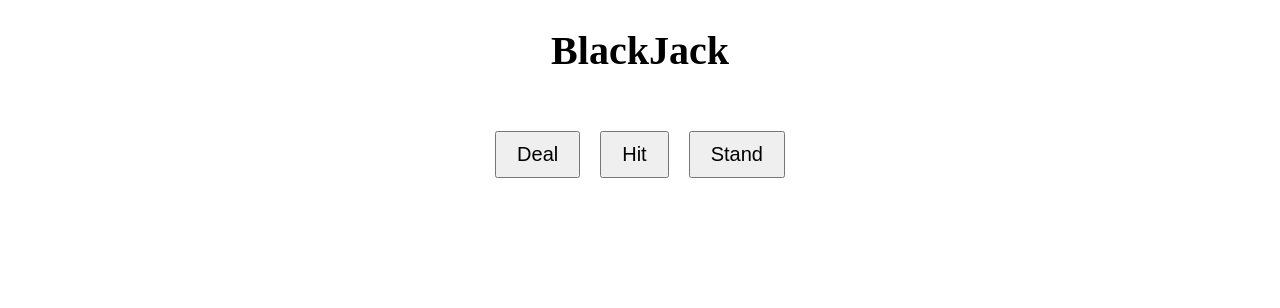
Repository: oldens/blackjack
Page: index.html
An editor plug-in stored every save of this project. The page is shown before and after the next save, followed by the edit.
The browser window is 1280 px wide. The pictures show the whole page.

Above is the page before, as saved 2025-02-01 16:17:16.
Console error: ReferenceError: userScore is not defined

After the next save:
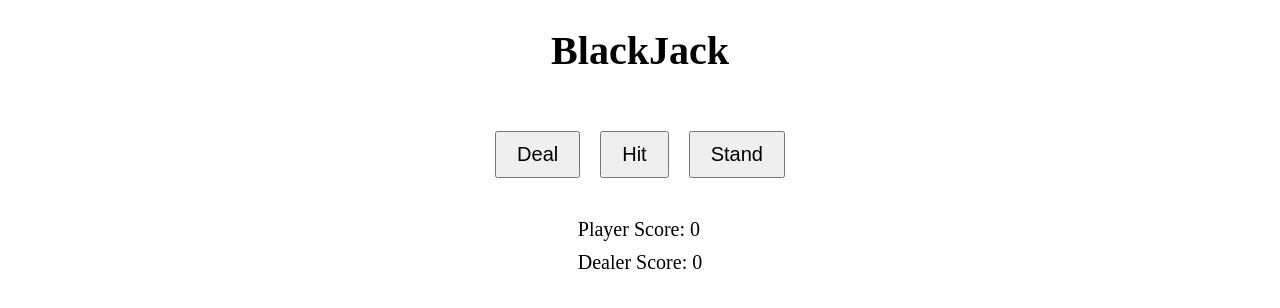
The error is gone.
Saved 74 s later.
--- a/models/player.js
+++ b/models/player.js
@@ -14,7 +14,7 @@ class Player {
         handContainer.style.flexDirection = "row";
         handContainer.style.margin = "10px";
         handContainer.id = this.id;
-        userScore.document.createElement("div");
+        const userScore=document.createElement("div");
         userScore.id = this.id + "_score";
         userScore.innerHTML = this.name + " Score: " + this.score;
         handContainer.appendChild(userScore);
